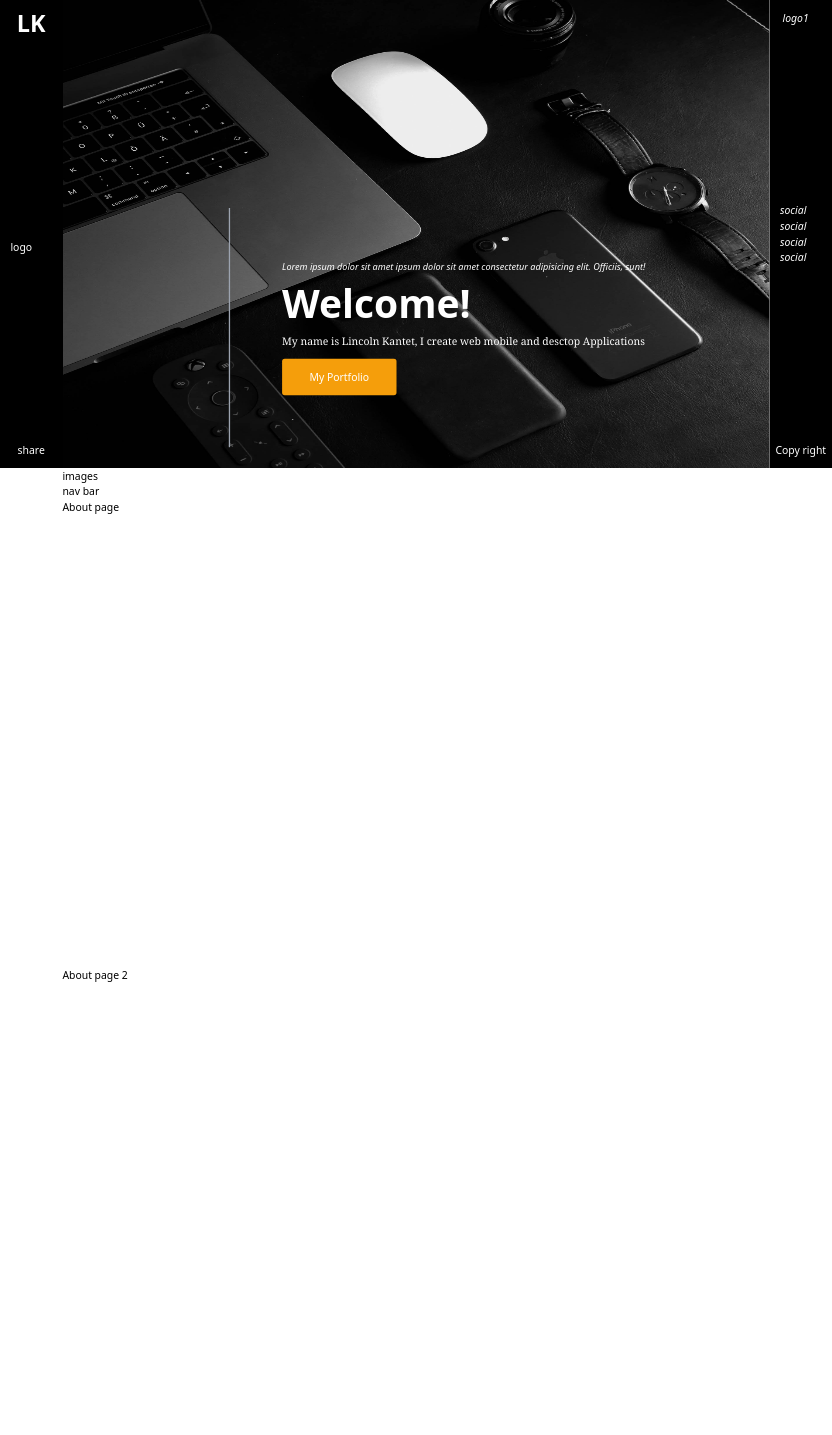
Repository: linco6054/template-tailwindcss
Page: index.html
These files come from the project's save history. The page is drawn as it stood at one moment and after the next save; the edit follows.
The browser window is 1280 px wide. The pictures show the whole page, at 65% of full size.

Above is the page before, as saved 2021-08-17 17:28:53.

After the next save:
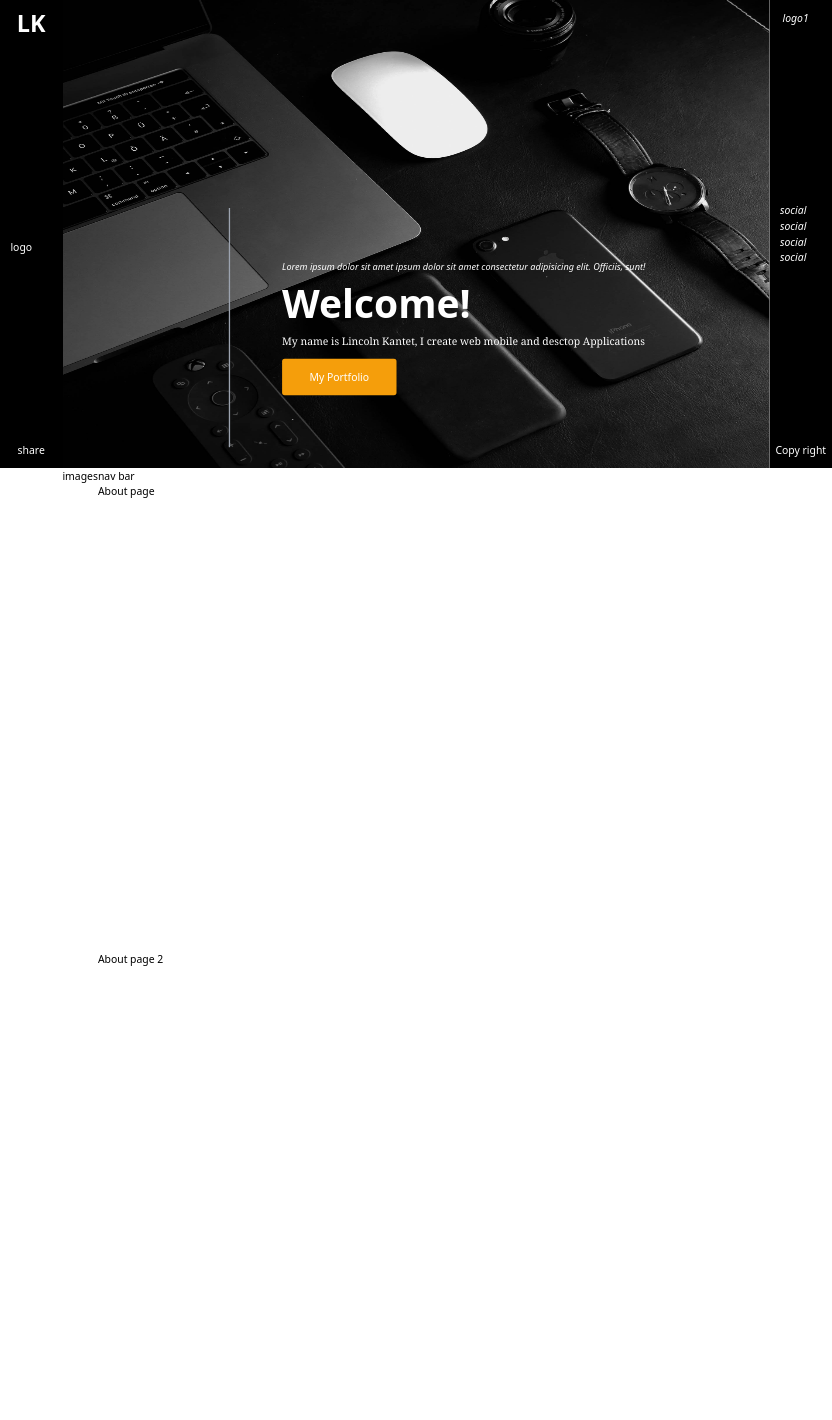
Saved 4 s later.
--- a/index.html
+++ b/index.html
@@ -66,7 +66,7 @@
       </div>
       </div>
       <!-- other screen mother container -->
-      <div class="h-auto relative  ">
+      <div class="h-auto relative flex ">
       <div class="">images</div>
       <div class="">
         <nav>nav bar</nav>
